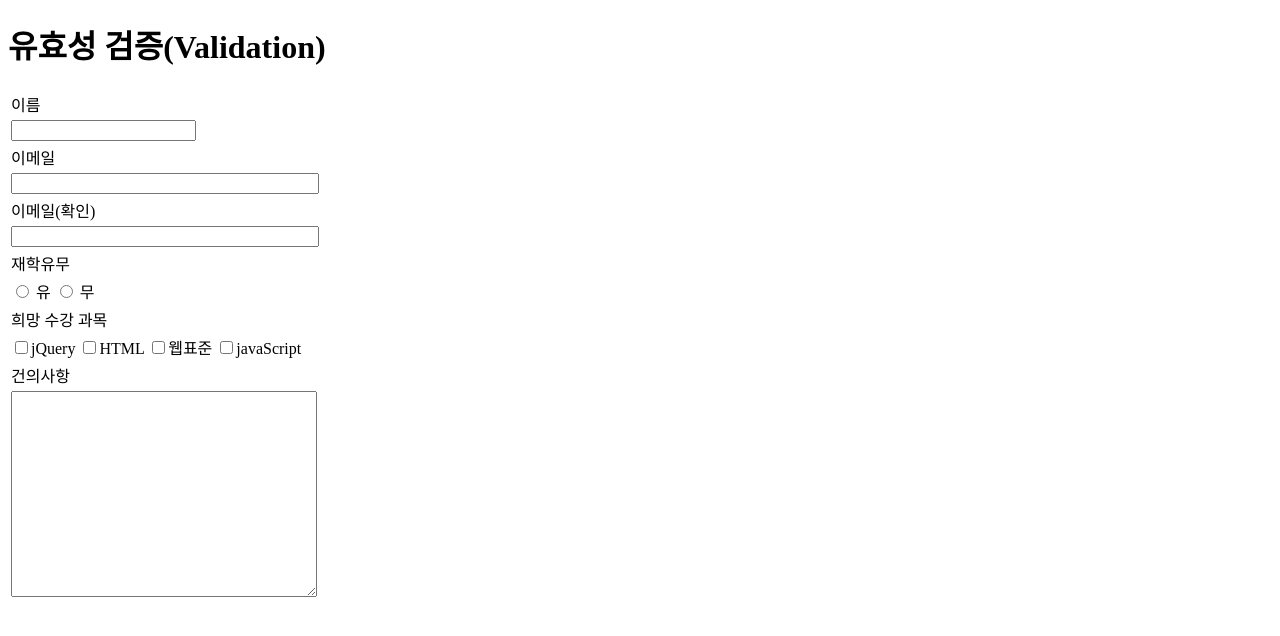
Repository: brotherdoor/myworkplace
Page: http://localhost/AjaxWithXML/validation.jsp
An editor plug-in stored every save of this project. The page is shown before and after the next save, followed by the edit.
The browser window is 1280 px wide. The pictures show the whole page.
Some web libraries are served in a nearby version. The page is served by Tomcat 9. Other server files are loaded and not shown.

Above is the page before, as saved 2017-03-10 02:44:20.

### mybatis/AjaxWithXML/WebContent/validation.jsp
<%@ page language="java" contentType="text/html; charset=EUC-KR"
    pageEncoding="EUC-KR"%>
<!DOCTYPE html PUBLIC "-//W3C//DTD HTML 4.01 Transitional//EN" "http://www.w3.org/TR/html4/loose.dtd">
<html>
<head>
<meta http-equiv="Content-Type" content="text/html; charset=EUC-KR">
<title>Insert title here</title>
<script type="text/javascript"
	src="https://ajax.googleapis.com/ajax/libs/jquery/3.1.1/jquery.min.js"></script>
</head>
<body>
	<h1>유효성 검증(Validation)</h1>
	<form action="#">
		<table>
			<tr><td>이름</td></tr>
			<tr><td><input type="text" id="name"></td></tr>
			<tr><td>이메일</td></tr>
			<tr><td><input type="text" id="name" style="width: 300px"></td></tr>
			<tr><td>이메일(확인)</td></tr>
			<tr><td><input type="text" id="name" style="width: 300px"></td></tr>
			<tr><td>재학유무</td></tr>
			<tr><td>
				<input type="radio" name="school" id="yes">
                    <label for="yes">유</label>
                <input type="radio" name="school" id="no">
                    <label for="no">무</label>
			</td></tr>
			<tr><td>희망 수강 과목</td></tr>
			<tr><td>
				<input type="checkbox"><label>jQuery</label>
				<input type="checkbox"><label>HTML</label>
				<input type="checkbox"><label>웹표준</label>
				<input type="checkbox"><label>javaScript</label>
			</td></tr>
			<tr><td>건의사항</td></tr>
			<tr><td><textarea id="wish" style="width: 300px; height: 200px"></textarea></td></tr>
		</table>
	</form>

</body>
</html>

After the next save:
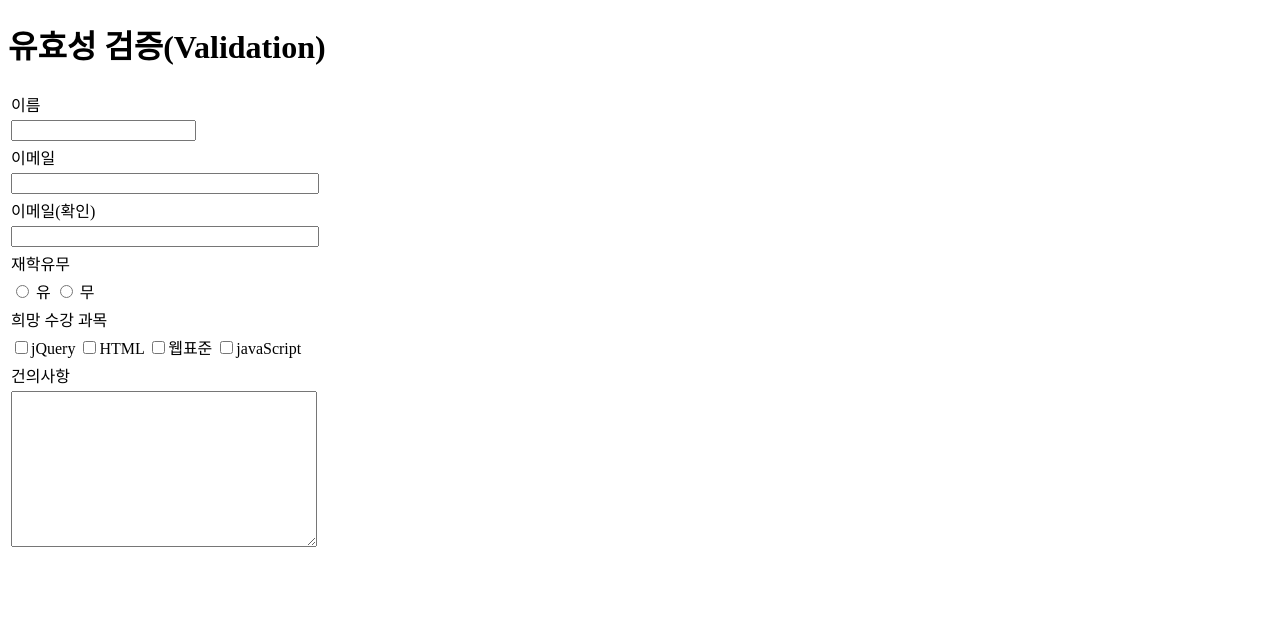
Saved 8 s later.
--- a/mybatis/AjaxWithXML/WebContent/validation.jsp
+++ b/mybatis/AjaxWithXML/WebContent/validation.jsp
@@ -33,7 +33,7 @@
 				<input type="checkbox"><label>javaScript</label>
 			</td></tr>
 			<tr><td>건의사항</td></tr>
-			<tr><td><textarea id="wish" style="width: 300px; height: 200px"></textarea></td></tr>
+			<tr><td><textarea id="wish" style="width: 300px; height: 150px"></textarea></td></tr>
 		</table>
 	</form>
 
